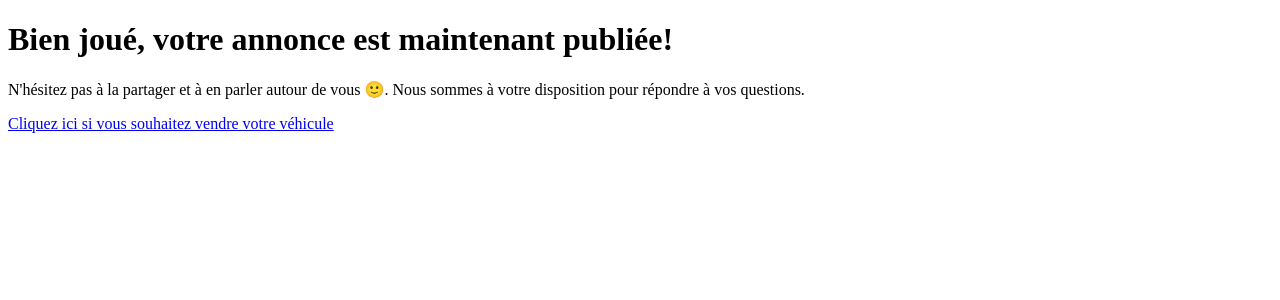
Repository: JonasvanHoorebeke/node_project_carforsale
Page: views/new.ejs
An editor plug-in stored every save of this project. The page is shown before and after a run of saves, followed by the edit.
The browser window is 1280 px wide. The pictures show the whole page.
The page is served by the project's Node server (app.js). The template is opened directly, without the code that normally fills it, so the values that code supplies are empty.

Above is the page before, as saved 2020-05-11 19:22:49.

After the next 4 saves:
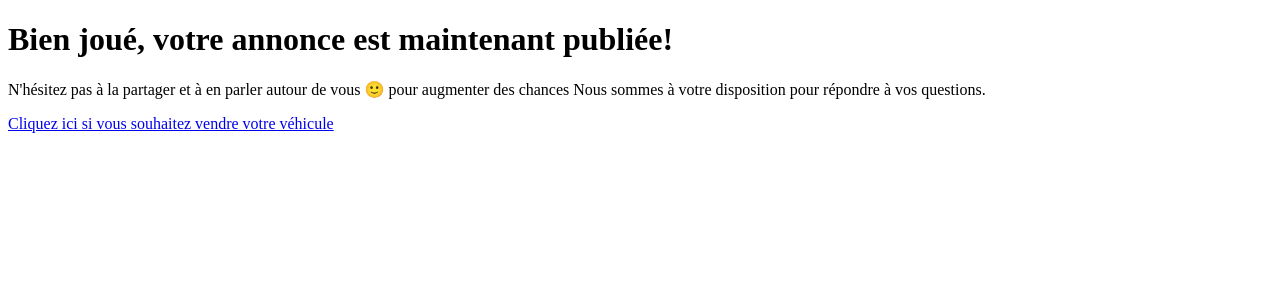
The 4 saves are shown as one change because they came seconds apart.
The last was saved 15 s later.
--- a/views/new.ejs
+++ b/views/new.ejs
@@ -5,7 +5,7 @@
     </head>
     <body>
         <h1>Bien joué, votre annonce est maintenant publiée!</h1>
-        <p>N'hésitez pas à la partager et à en parler autour de vous 🙂.
+        <p>N'hésitez pas à la partager et à en parler autour de vous 🙂 pour augmenter des chances
             Nous sommes à votre disposition pour répondre à vos questions.</p>
 <a href='/form'>Cliquez ici si vous souhaitez vendre votre véhicule</a>
     </body>
